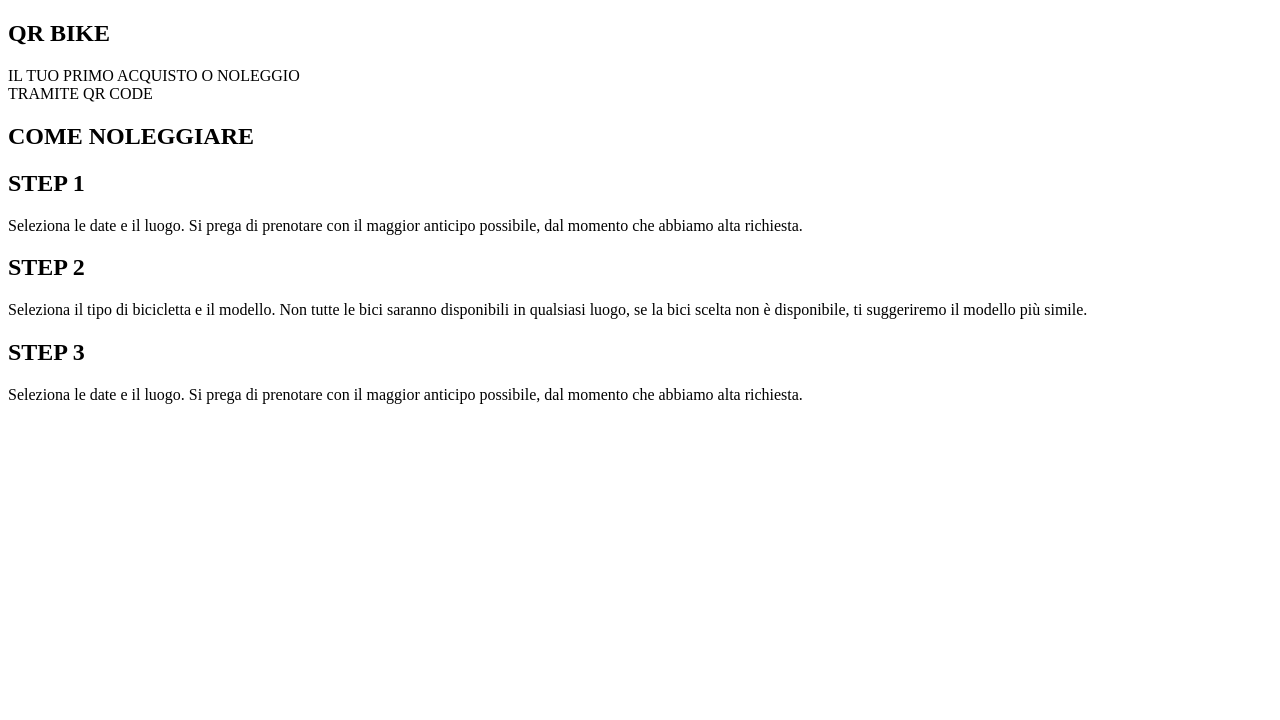
Repository: andrealepori/qrbike
Page: noleggio.html
These files come from the project's save history. The page is drawn as it stood at one moment and after the next save; the edit follows.
The browser window is 1280 px wide. The pictures show the whole page.

Above is the page before, as saved 2020-09-18 09:17:23.

### noleggio.html
<!DOCTYPE html>
<html lang="en">
<head>
    <meta charset="UTF-8">
    <meta name="viewport" content="width=device-width, initial-scale=1.0">
    <title>Home - QR BIKE</title>


	<link type="text/css" rel="stylesheet" href="css/style.css" />

	<link type="text/css" rel="stylesheet" href="css/calendario.css" />

</head>
<body>



  <section id="hero1" class="hero">





    <div class="inner">

      <h1 class="yellowtitle"> QR BIKE</h1>
      <p class="subtitle">IL TUO PRIMO ACQUISTO O NOLEGGIO <br> TRAMITE QR CODE</p>
      </div>

  </section>




<section>

      <h1 class="titolo">COME NOLEGGIARE </h1>

    </div>
    </div>
  </section>



  <div class="support-grid"></div>

  <section class="grid-1">
    <div class="item-1">
      <h1 class="step"><bold>STEP 1</bold> </h1>


      <p class="nero">
        Seleziona le date e il luogo.
        Si prega di prenotare con il maggior anticipo possibile,
         dal momento che abbiamo alta richiesta. </p>
    </div>
    <div class="item-2">

      <h1 class="step"><bold>STEP 2</bold> </h1>


      <p class="nero">
        Seleziona il tipo di bicicletta e il modello.
         Non tutte le bici saranno disponibili in qualsiasi luogo, se la bici scelta non è disponibile,
        ti suggeriremo il modello più simile.
        </p>


    </div>
    <div class="item-3">


      <h1 class="step"><bold>STEP 3
      </bold> </h1>


      <p class="nero">
        Seleziona le date e il luogo.
        Si prega di prenotare con il maggior anticipo possibile,
                dal momento che abbiamo alta richiesta.

        </p>


    </div>






















</body>

<script src="js/calendario.js"></script>


</html>

Loaded but not shown: style.css (no stored copy; drawn as an empty file); css/calendario.css (no stored copy; drawn as an empty file); js/calendario.js (no stored copy; drawn as an empty file)

After the next save:
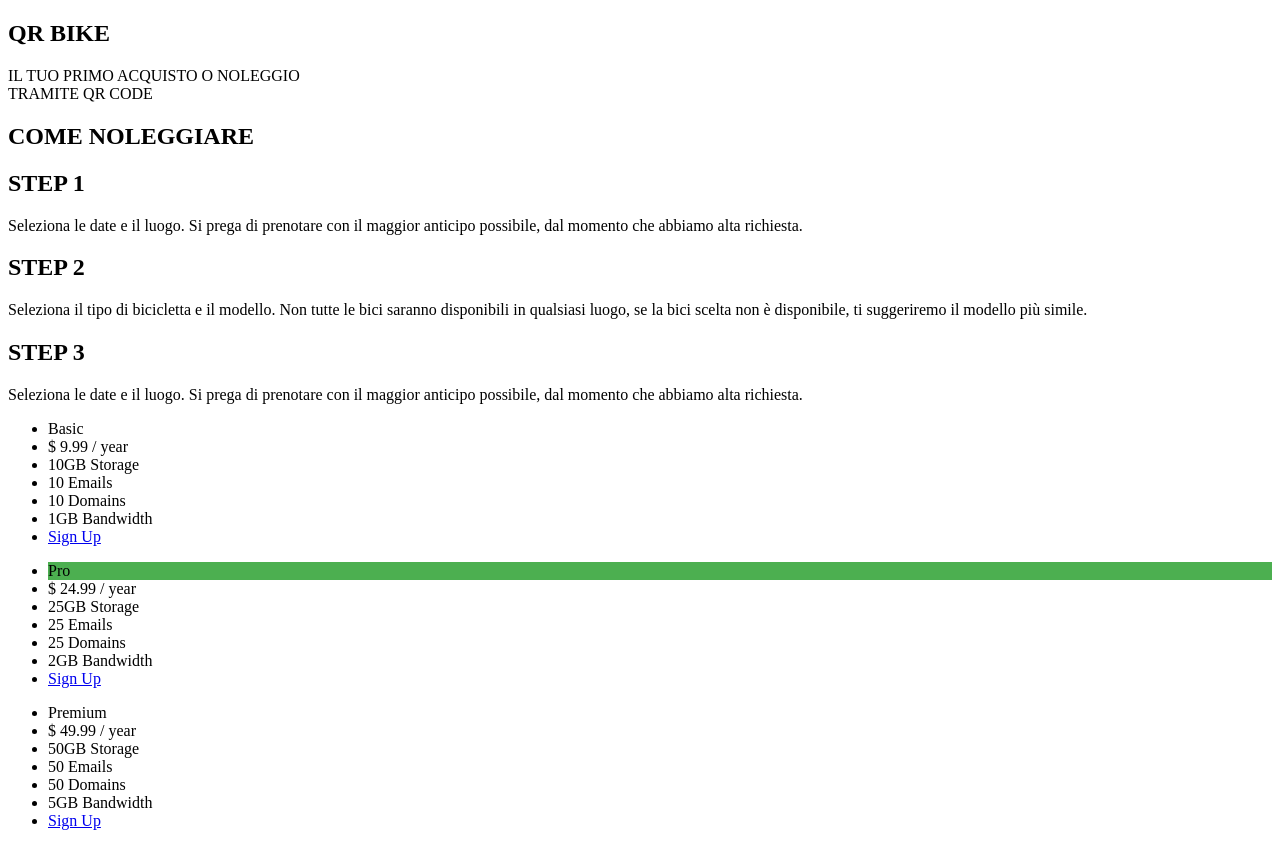
Saved 33 s later.
--- a/noleggio.html
+++ b/noleggio.html
@@ -84,6 +84,41 @@
 
     </div>
 
+    <div class="columns">
+      <ul class="price">
+        <li class="header">Basic</li>
+        <li class="grey">$ 9.99 / year</li>
+        <li>10GB Storage</li>
+        <li>10 Emails</li>
+        <li>10 Domains</li>
+        <li>1GB Bandwidth</li>
+        <li class="grey"><a href="#" class="button">Sign Up</a></li>
+      </ul>
+    </div>
+
+    <div class="columns">
+      <ul class="price">
+        <li class="header" style="background-color:#4CAF50">Pro</li>
+        <li class="grey">$ 24.99 / year</li>
+        <li>25GB Storage</li>
+        <li>25 Emails</li>
+        <li>25 Domains</li>
+        <li>2GB Bandwidth</li>
+        <li class="grey"><a href="#" class="button">Sign Up</a></li>
+      </ul>
+    </div>
+
+    <div class="columns">
+      <ul class="price">
+        <li class="header">Premium</li>
+        <li class="grey">$ 49.99 / year</li>
+        <li>50GB Storage</li>
+        <li>50 Emails</li>
+        <li>50 Domains</li>
+        <li>5GB Bandwidth</li>
+        <li class="grey"><a href="#" class="button">Sign Up</a></li>
+      </ul>
+    </div>
 
 
 
